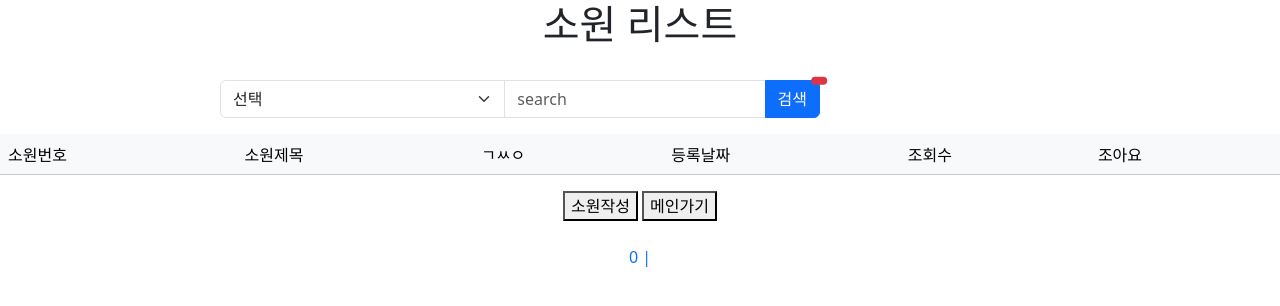
Repository: sujeong1799/JSP
Page: http://localhost/java_study/board/list.jsp
These files come from the project's save history. The page is drawn as it stood at one moment and after the next save; the edit follows.
The browser window is 1280 px wide. The pictures show the whole page.
The page is served by Tomcat 9. The template is opened directly, without the code that normally fills it, so the values that code supplies are empty.

Above is the page before, as saved 2023-05-24 07:23:29.

After the next save:
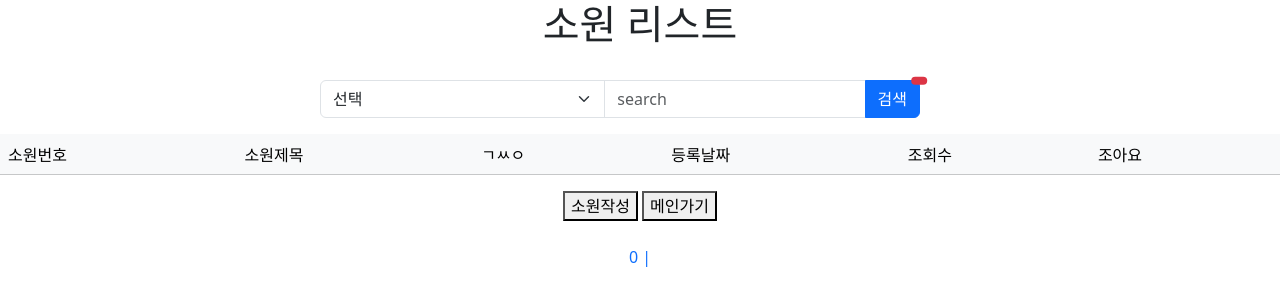
Saved 8 s later.
--- a/jsp_project3-1/java_study/src/main/webapp/board/list.jsp
+++ b/jsp_project3-1/java_study/src/main/webapp/board/list.jsp
@@ -16,7 +16,7 @@
 	<h1 align="center">소원 리스트</h1>
 	<br>
 	<!-- 검색라인 -->
-	<div class="col-sm-12 col-md-6" style="margin-left: 200px" align="center">
+	<div class="col-sm-12 col-md-6" style="margin-left: 300px" align="center">
 		<form action="/brd/page" method="post">
 			<div class="input-group mb-3" style="width: 600px">
 				<!-- var이름은 마음대로 설정해도 됨 -->
